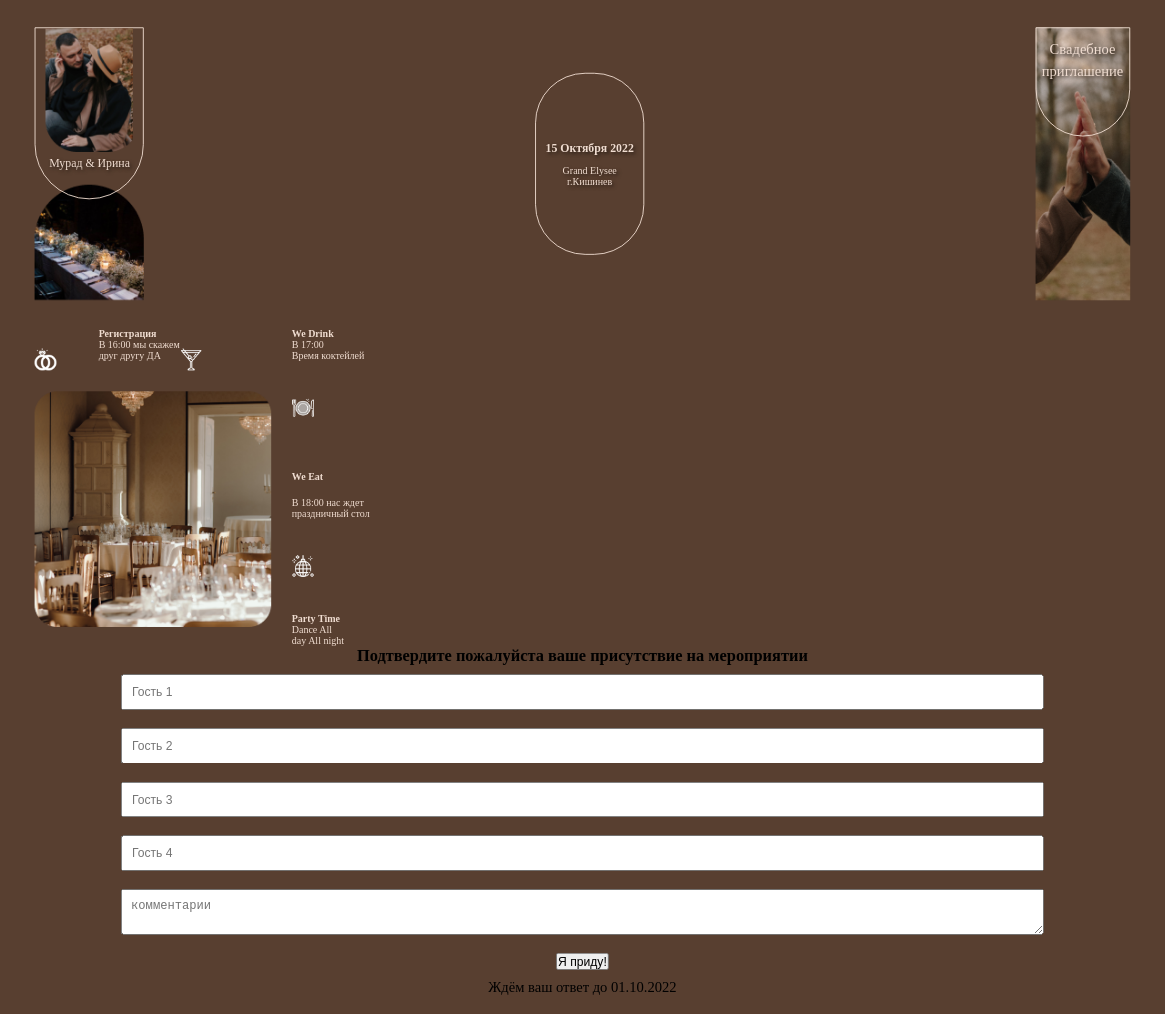
Repository: Anthony8845/wedding_invitation
Page: index.html
These files come from the project's save history. The page is drawn as it stood at one moment and after the next save; the edit follows.
The browser window is 1280 px wide. The pictures show the whole page, at 91% of full size.

Above is the page before, as saved 2022-07-29 18:47:25.

After the next save:
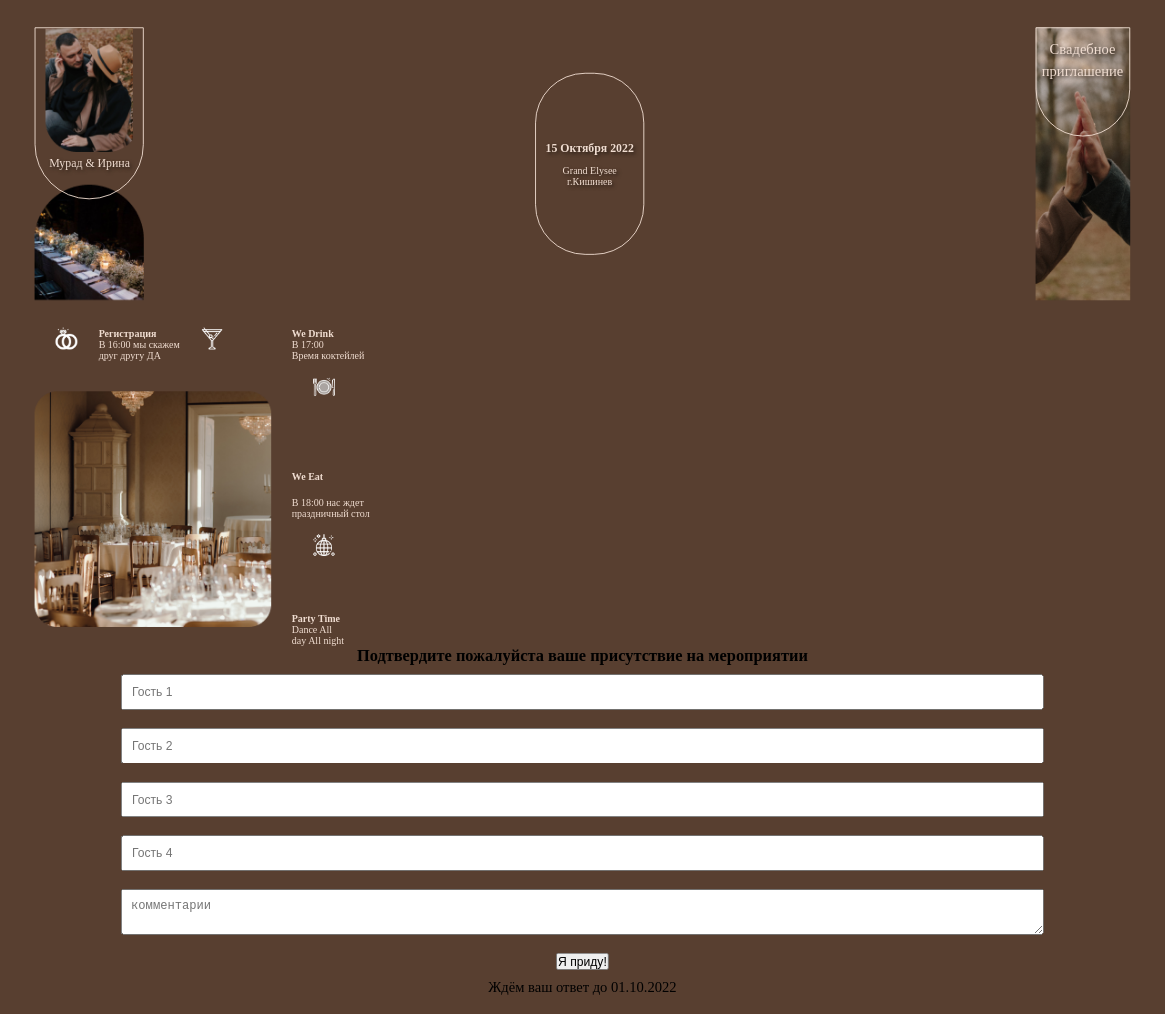
Saved 14 s later.
--- a/style.css
+++ b/style.css
@@ -103,8 +103,8 @@ body{
 
 .block_icon{
     display: flex;
-    /* justify-content: center; */
-    align-items: center;
+    justify-content: center;
+    /* align-items: center; */
     /* margin: 0 auto; */
     width: 70px;
     height: 70px;
